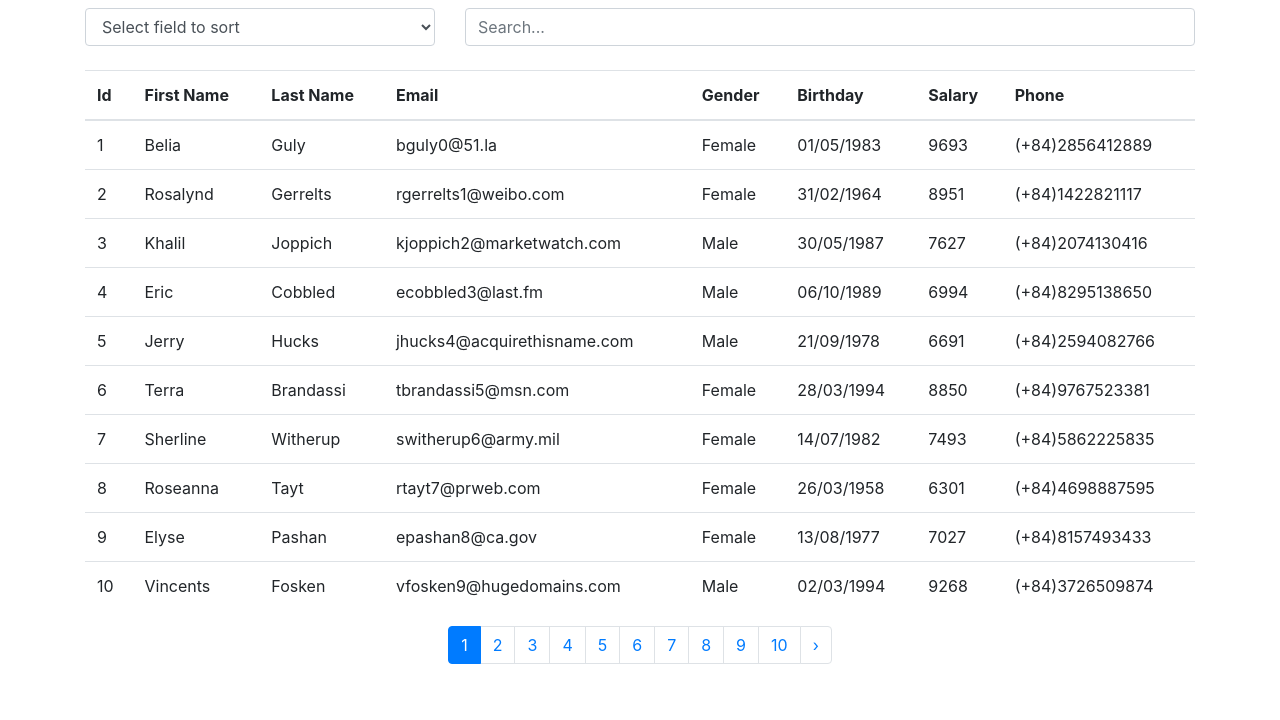
Repository: nguy3nds/table-app
Page: /
These files come from the project's save history. The page is drawn as it stood at one moment and after the next save; the edit follows.
The browser window is 1280 px wide. The pictures show the whole page.
The project was rebuilt for these pictures with package versions that can differ from the ones it lists, and the page was loaded fresh each time.

Above is the page before, as saved 2021-09-21 14:54:15.

### src/index.tsx
import React from 'react';
import ReactDOM from 'react-dom';
import './index.css';
import App from './App';
import reportWebVitals from './reportWebVitals';
import 'bootstrap/dist/css/bootstrap.min.css';

ReactDOM.render(
  <React.StrictMode>
    <App />
  </React.StrictMode>,
  document.getElementById('root')
);

// If you want to start measuring performance in your app, pass a function
// to log results (for example: reportWebVitals(console.log))
// or send to an analytics endpoint. Learn more: https://bit.ly/CRA-vitals
reportWebVitals();

### src/App.tsx
import "./App.css";
import Data from "./users.json";
import Form from "react-bootstrap/Form";
import { Col, Container, Row, Table } from "react-bootstrap";
import { ChangeEvent, useEffect, useState } from "react";
import PaginateComponent from "./components/PaginateComponent";
import SelectionBox from "./components/SelectionBox";
import UserInOnePage from "./components/UserInOnePage";

export interface User {
  id: number;
  firstName: string;
  lastName: string;
  email: string;
  gender: string;
  birthday: string;
  salary: number;
  phone: string;
}

const App: React.FC = () => {
  const [users, setUsers] = useState<User[]>([]);
  const [data, setData] = useState<User[]>(Data);
  const [currentPage, setCurrentPage] = useState<number>(1);

  const USER_PER_PAGE = 10;

  useEffect(() => {
    const indexLastUser = currentPage * USER_PER_PAGE;
    const indexFirstUser = indexLastUser - USER_PER_PAGE;
    const currentUsers = data.slice(indexFirstUser, indexLastUser);

    setUsers(currentUsers);
  }, [currentPage, data]);

  const onSort = (e: React.ChangeEvent<HTMLInputElement>) => {
    let keyObj: keyof User = e.target.value as keyof User;
    let sortedUsers = users.sort((a: User, b: User) => {
      if (a[keyObj] < b[keyObj]) return -1;
      if (a[keyObj] > b[keyObj]) return 1;
      return 0;
    });
    setUsers([...sortedUsers]);
  };

  const onSelectedPage = (pageNum: number) => {
    setCurrentPage(pageNum);
  };

  const onPrev = () => {
    setCurrentPage(currentPage - 1);
  };

  const onNext = () => {
    setCurrentPage(currentPage + 1);
  };

  const onSearch = (e: ChangeEvent<HTMLInputElement>) => {
    let searchUsers = Data.filter((user: User) => {
      for (let prop in user) {
        if (
          user[prop as keyof User]
            .toString()
            .toLowerCase()
            .includes(e.target.value.toLowerCase())
        ) {
          return user;
        }
      }
      return false;
    });
    setData(searchUsers);
  };

  return (
    <div className="App">
      <Container>
        <Table>
          <Row className="my-2">
            <Col md="4">
              <SelectionBox handleSelection={onSort} />
            </Col>
            <Col>
              <input
                className="form-control"
                type="text"
                placeholder="Search..."
                onChange={onSearch}
              />
            </Col>
          </Row>

          <UserInOnePage users={users} />

          {data.length !== 0 && (
            <Row className="justify-content-center">
              <PaginateComponent
                pageNumber={Math.ceil(data.length / USER_PER_PAGE)}
                currentPage={currentPage}
                onSelectPage={onSelectedPage}
                handlePrev={onPrev}
                handleNext={onNext}
              />
            </Row>
          )}

          {data.length === 0 && (
            <Row className="justify-content-center">
              <p>Couldn't find anything for these key words</p>
            </Row>
          )}
        </Table>
      </Container>
    </div>
  );
};

export default App;

### src/components/PaginateComponent.tsx
import { Pagination } from 'react-bootstrap';

function PaginateComponent({ pageNumber, currentPage, onSelectPage, handlePrev, handleNext }: any) {
    let items = [];
    for (let number = 1; number <= pageNumber; number++) {
        items.push(
            <Pagination.Item key={number} active={number === currentPage} onClick={() => onSelectPage(number)}>
                {number}
            </Pagination.Item>,
        );
    }
    return (
        <div>
            <Pagination>
                {currentPage !== 1 && <Pagination.Prev onClick={handlePrev} />}
                {items}
                {currentPage !== pageNumber && <Pagination.Next onClick={handleNext}/>}
            </Pagination>
        </div>
    );
}

export default PaginateComponent;

### src/components/SelectionBox.tsx
import Form from "react-bootstrap/Form";
import React from "react";

// // Type '{ handleSelection: (e: ChangeEvent<HTMLInputElement>) => void; }' is not assignable to type 'IntrinsicAttributes & Event & { children?: ReactNode; }'.
//   Property 'handleSelection' does not exist on type 'IntrinsicAttributes & Event & { children?: ReactNode; }'.

const SelectionBox: React.FC<any> = ({ handleSelection }) => {
  return (
    <Form>
      <Form.Group>
        <Form.Control as="select" onChange={handleSelection}>
          <option>Select field to sort</option>
          <option value={"id"}>Id</option>
          <option value={"firstName"}>First Name</option>
          <option value={"lastName"}>Last Name</option>
          <option value={"email"}>Email</option>
          <option value={"gender"}>Gender</option>
          <option value={"birthday"}>Birthday</option>
          <option value={"salary"}>Salary</option>
          <option value={"phone"}>Phone</option>
        </Form.Control>
      </Form.Group>
    </Form>
  );
};

export default SelectionBox;

### src/components/UserInOnePage.tsx
import React from "react";
import Col from "react-bootstrap/esm/Col";
import Row from "react-bootstrap/esm/Row";
import TableData from "./TableData";

const UserInOnePage = (props: any) => {
  const formatDate = (date: string): string => {
    let d = new Date(date);
    let day =
      d.getDate().toString().length === 2
        ? d.getDate().toString()
        : "0" + d.getDate().toString();
    let month =
      d.getMonth().toString().length === 2
        ? d.getMonth().toString()
        : "0" + d.getMonth().toString();
    return day + "/" + month + "/" + d.getFullYear().toString();
  };

  const content = props.users.map((user: any) => (
    <tr key={user.id}>
      <td>{user.id}</td>
      <td>{user.firstName}</td>
      <td>{user.lastName}</td>
      <td>{user.email}</td>
      <td>{user.gender}</td>
      <td>{formatDate(user.birthday)}</td>
      <td>{user.salary}</td>
      <td>{"(+84)" + user.phone.replace(/-/g, "")}</td>
    </tr>
  ));

  return (
    <div>
      {props.users.length !== 0 && (
        <Row>
          <Col>
            <TableData content={content} />
          </Col>
        </Row>
      )}
    </div>
  );
};

export default UserInOnePage;

### src/components/TableData.tsx
import React from "react";
import Table from "react-bootstrap/Table";

const TableData: React.FC<any> = ({ content }) => {
  return (
    <Table>
      <thead>
        <tr>
          <th>Id</th>
          <th>First Name</th>
          <th>Last Name</th>
          <th>Email</th>
          <th>Gender</th>
          <th>Birthday</th>
          <th>Salary</th>
          <th>Phone</th>
        </tr>
      </thead>
      <tbody>{content}</tbody>
    </Table>
  );
};

export default TableData;

Loaded but not shown: public/index.html (common file); src/index.css (common file); src/reportWebVitals.ts (common file); src/users.json (1002 lines, source omitted); src/App.css (no stored copy; drawn as an empty file)

After the next save:
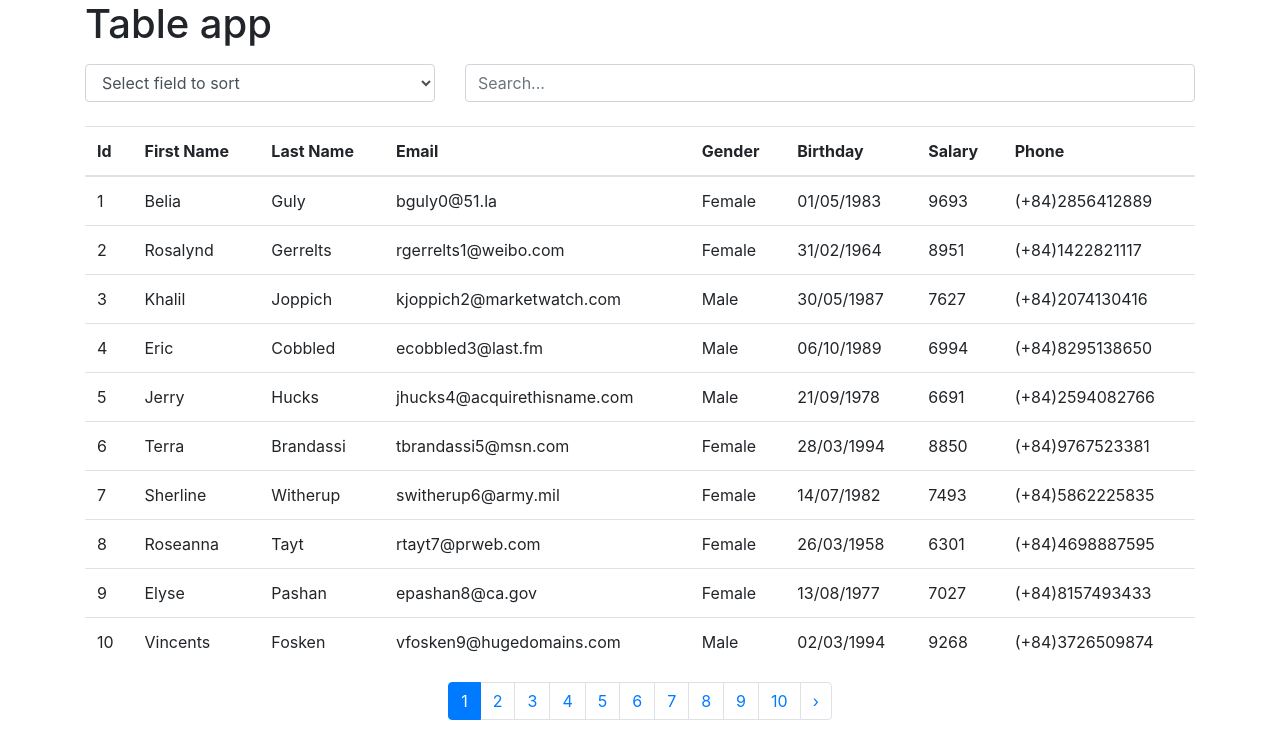
Saved 15 s later.
--- a/src/App.tsx
+++ b/src/App.tsx
@@ -75,6 +75,7 @@ const App: React.FC = () => {
   return (
     <div className="App">
       <Container>
+        <h1>Table app</h1>
         <Table>
           <Row className="my-2">
             <Col md="4">
